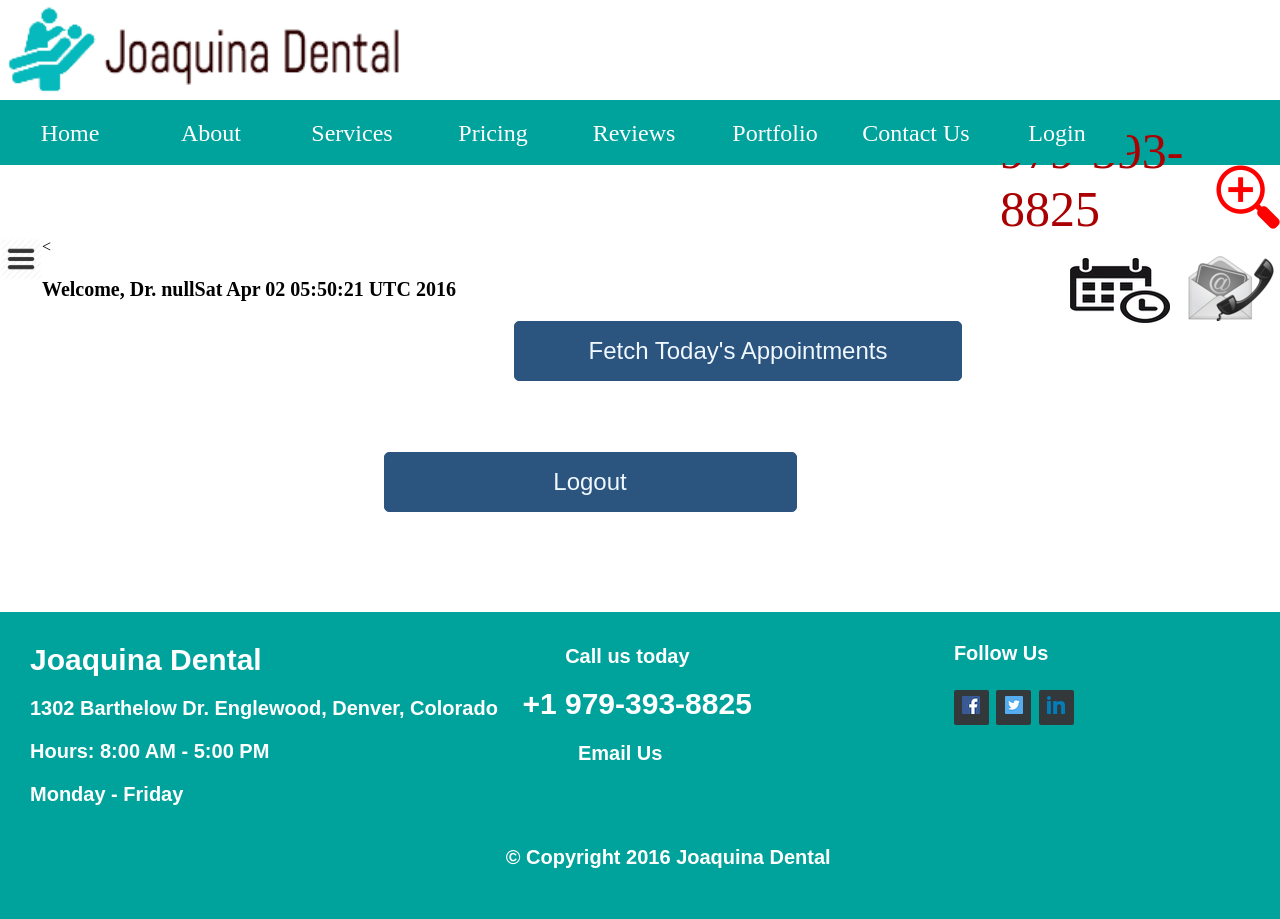
Repository: ManjushaBolishetty/test
Page: http://localhost/test/DentistHomePage.jsp
An editor plug-in stored every save of this project. The page is shown before and after the next save, followed by the edit.
The browser window is 1280 px wide. The pictures show the whole page.
The page is served by Tomcat 9.

Above is the page before, as saved 2016-04-03 07:39:23.

After the next save:
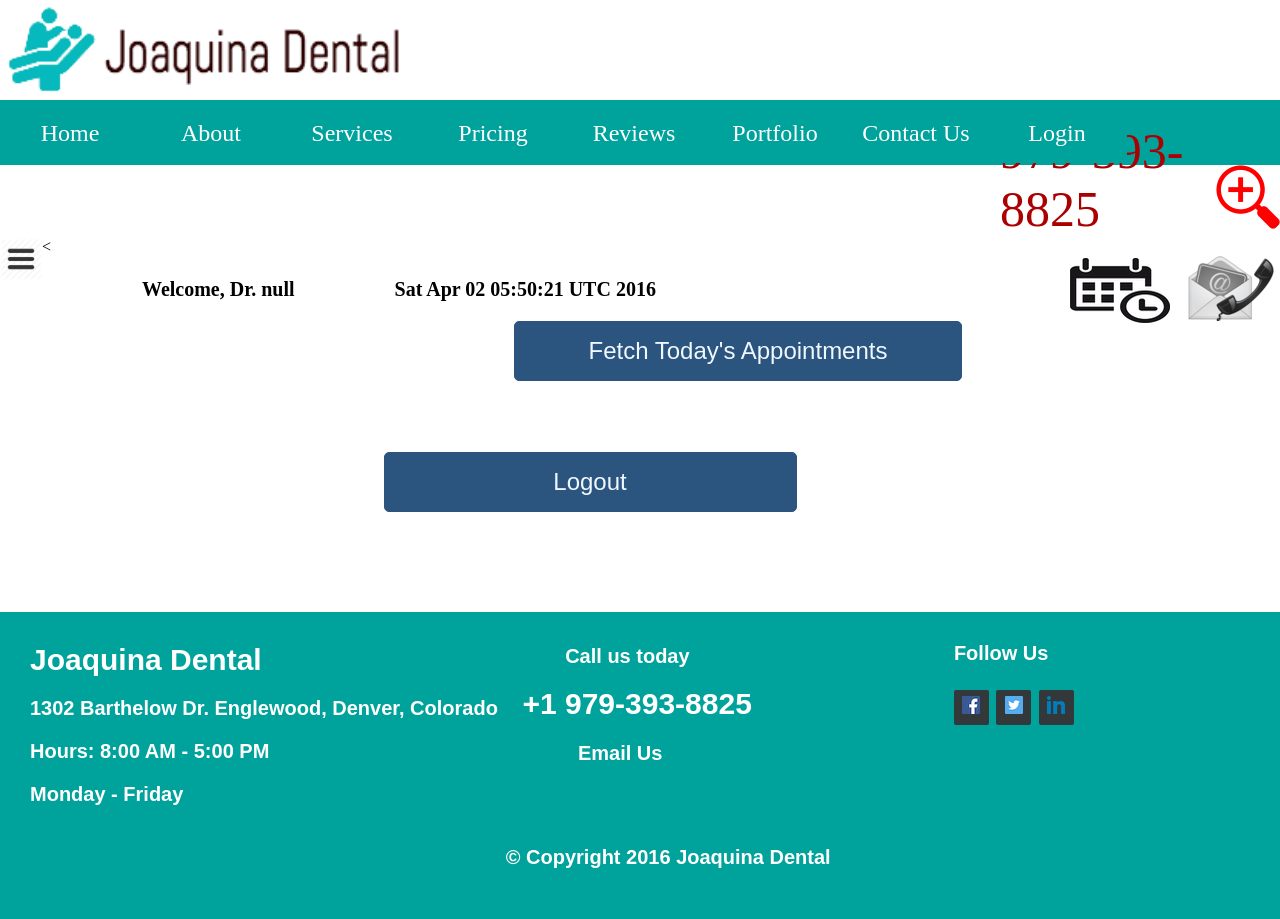
Saved 17 s later.
--- a/test/WebContent/CSS/testeverything.css
+++ b/test/WebContent/CSS/testeverything.css
@@ -243,6 +243,7 @@ input[type=checkbox]:checked ~ #menu{
     display: block;
     line-height: 12px;
     text-align: left;
+    padding-left:100px;
 }
 
 
